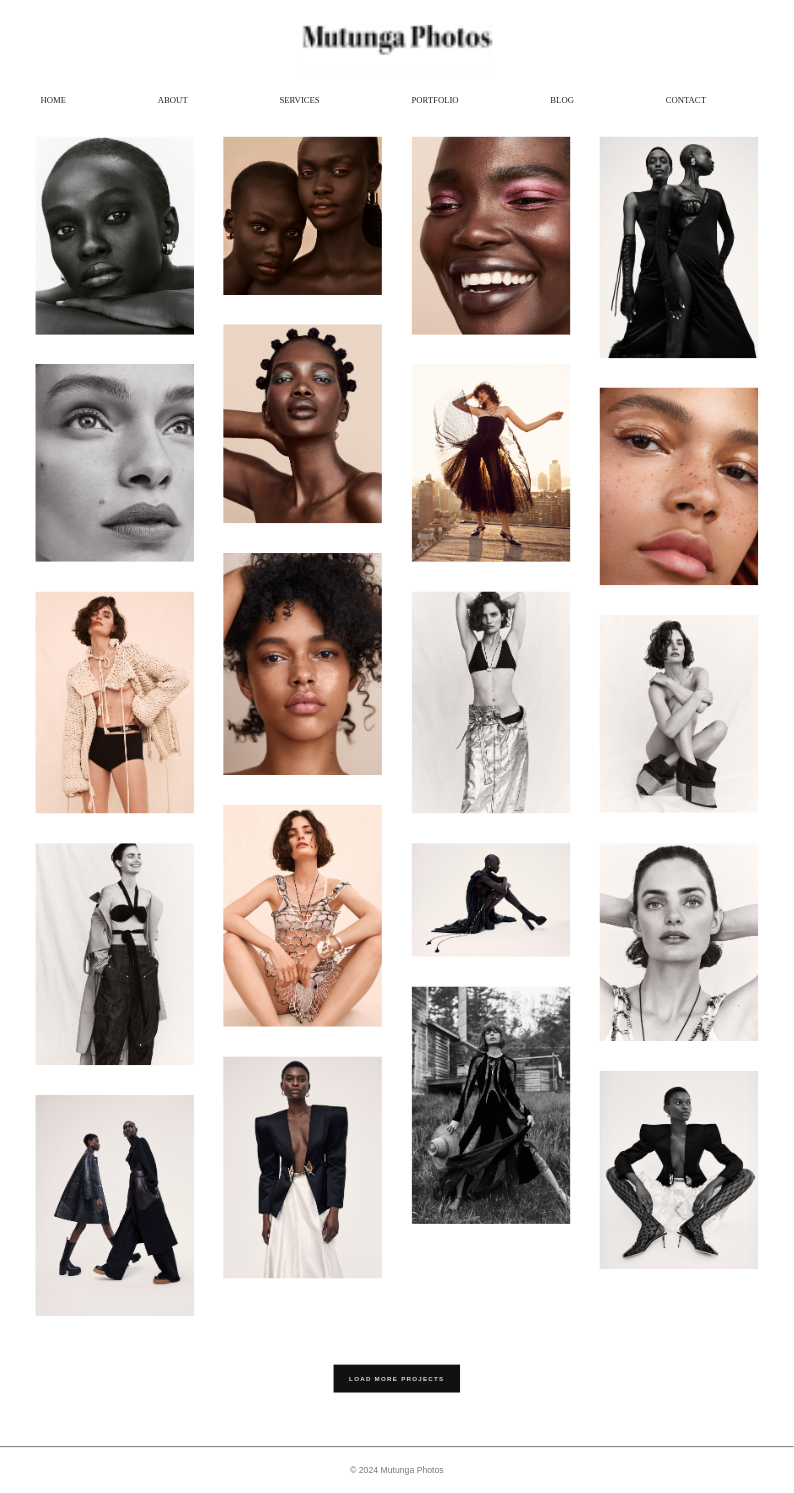
Repository: Jonar254/mutunga-concept-01
Page: index.html
The author's editor kept a copy of each file at every save. The page is drawn from the files as they stood at one save, then again after a run of saves.
The browser window is 1280 px wide. The pictures show the whole page, at 62% of full size.
Some web fonts or font styles are not loaded; a fallback is used.

Above is the page before, as saved 2024-07-02 19:08:38.

After the next 2 saves:
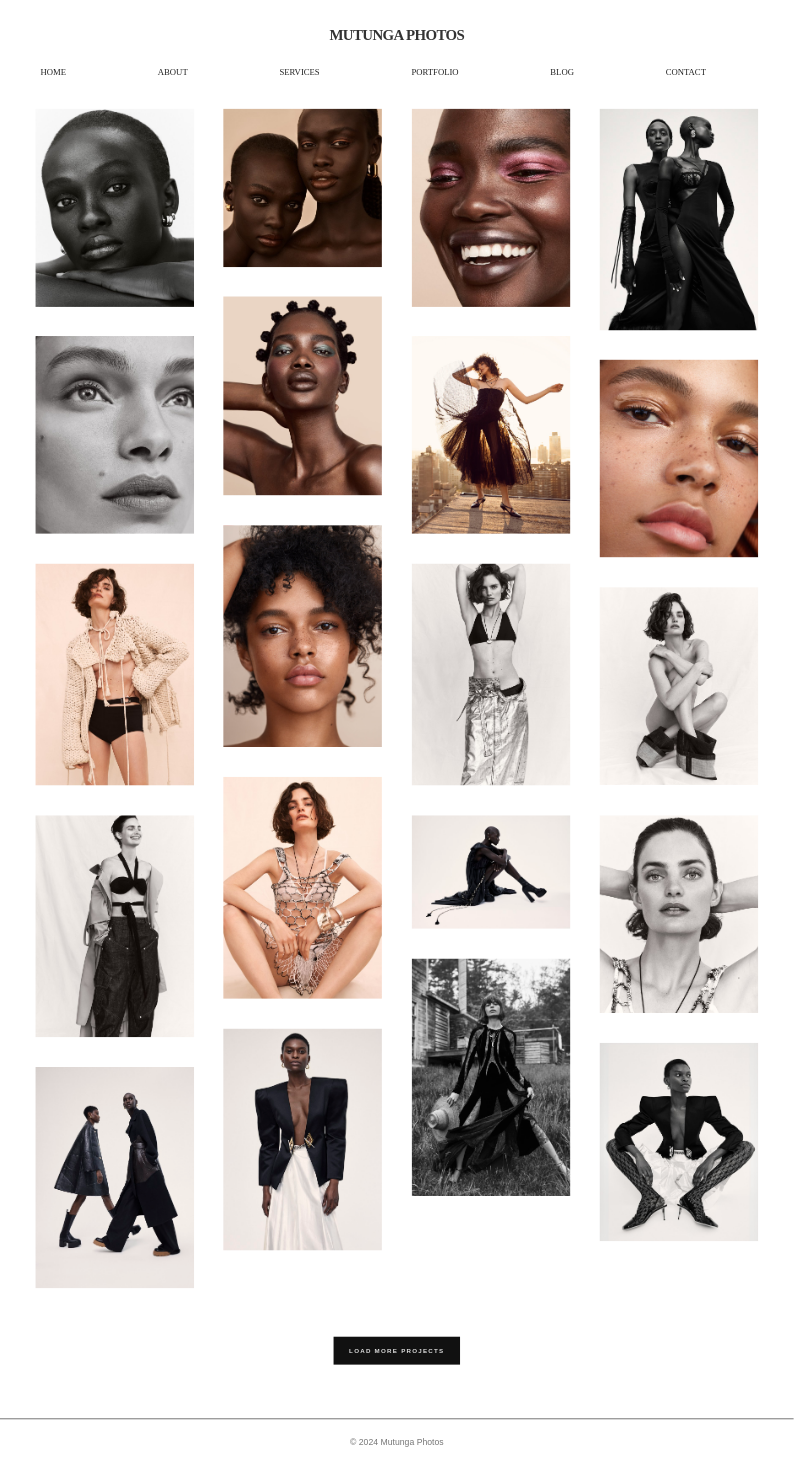
The 2 saves are shown as one change because they came seconds apart.
The last was saved 103 s later.
--- a/index.html
+++ b/index.html
@@ -54,7 +54,7 @@
                 <div class="row d-flex flex-column align-items-center">
                     <div class="col-12 text-center pt-lg-4">
                         <div class="site-branding">
-                            <a href="#"><img src="img/logo.png" alt=""><!--<h2 class="site-title fw-bold"> <span>MUTUNGA</span> <span>PHOTOS</span></h2>--></a>
+                            <a href="#"><h2 class="site-title fw-bold"> <span>MUTUNGA</span> <span>PHOTOS</span></h2></a>
                         </div>
                     </div>
                     <div class="col-12 text-center">
